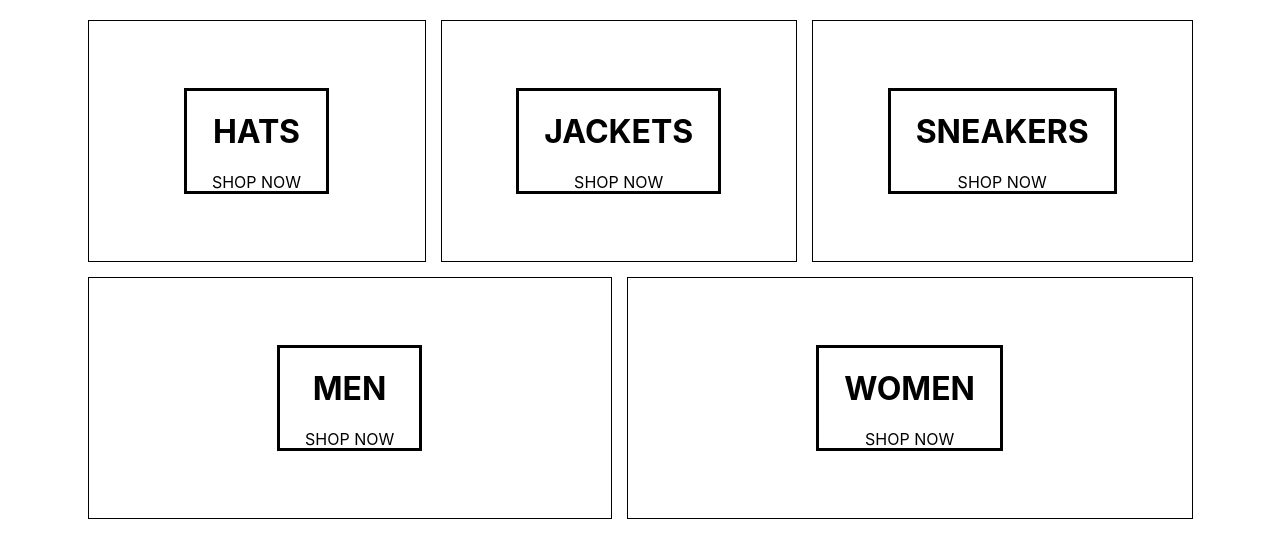
Repository: nepfri/crwn-clothing
Page: /
An editor plug-in stored every save of this project. The page is shown before and after the next save, followed by the edit.
The browser window is 1280 px wide. The pictures show the whole page.
The project was rebuilt for these pictures with package versions that can differ from the ones it lists, and the page was loaded fresh each time. Also part of the build but not shown: src/App.css.

Above is the page before, as saved 2021-10-13 14:02:48.

### src/App.js
import "./App.css";
import Homepage from "./homepage.component";

function App() {
  return (
    <div>
      <Homepage></Homepage>
    </div>
  );
}

export default App;

### src/homepage.component.jsx
import React from "react";
import './homepage.styles.scss';

const Homepage = () => {
  return (
    <div className="homepage">
      <div className="directory-menu">
        <div className="menu-item">
          <div className="content">
            <h1 classname="title">HATS</h1>
            <span classname="subtitle">SHOP NOW</span>
          </div>
        </div>

        <div className="menu-item">
          <div className="content">
            <h1 classname="title">JACKETS</h1>
            <span classname="subtitle">SHOP NOW</span>
          </div>
        </div>

        <div className="menu-item">
          <div className="content">
            <h1 classname="title">SNEAKERS</h1>
            <span classname="subtitle">SHOP NOW</span>
          </div>
        </div>

        <div className="menu-item">
          <div className="content">
            <h1 classname="title">MEN</h1>
            <span classname="subtitle">SHOP NOW</span>
          </div>
        </div>

        <div className="menu-item">
          <div className="content">
            <h1 classname="title">WOMEN</h1>
            <span classname="subtitle">SHOP NOW</span>
          </div>
        </div>
      </div>
    </div>
  );
};

export default Homepage;

### src/homepage.styles.scss
.homepage {
  display: flex;
  flex-direction: column;
  align-items: center;
  padding: 20px 80px;
}

.directory-menu {
  width: 100%;
  display: flex;
  flex-wrap: wrap;
  justify-content: space-between;
}

.menu-item {
  min-width: 30%;
  height: 240px;
  flex: 1 1 auto;
  display: flex;
  align-items: center;
  justify-content: center;
  border: 1px solid black;
  margin: 0 7.5px 15px;

  &:first-child {
    margin-right: 7.5px;
  }

  &:last-child {
    margin-left: 7.5px;
  }

  .content {
    height: 100px;
    padding: 0 25px;
    display: flex;
    flex-direction: column;
    align-items: center;
    justify-content: center;
    border: 3px solid black;
  }

  .title {
    font-weight: bold;
    margin-bottom: 6px;
    font-size: 22px;
    color: #4a4a4a;
  }

  .subtitle {
    font-weight: lighter;
    font-size: 16px;
  }
}

Loaded but not shown: public/index.html (common file); src/index.js (common file); src/index.css (common file)

After the next save:
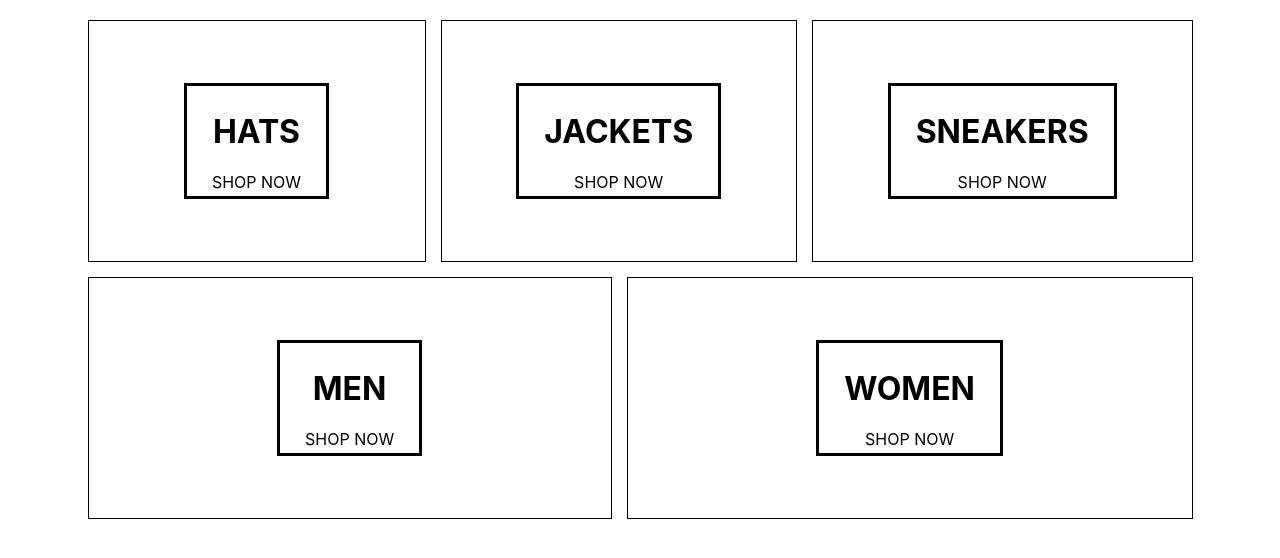
Saved 12 s later.
--- a/src/homepage.styles.scss
+++ b/src/homepage.styles.scss
@@ -31,7 +31,7 @@
   }
 
   .content {
-    height: 100px;
+    height: 110px;
     padding: 0 25px;
     display: flex;
     flex-direction: column;
